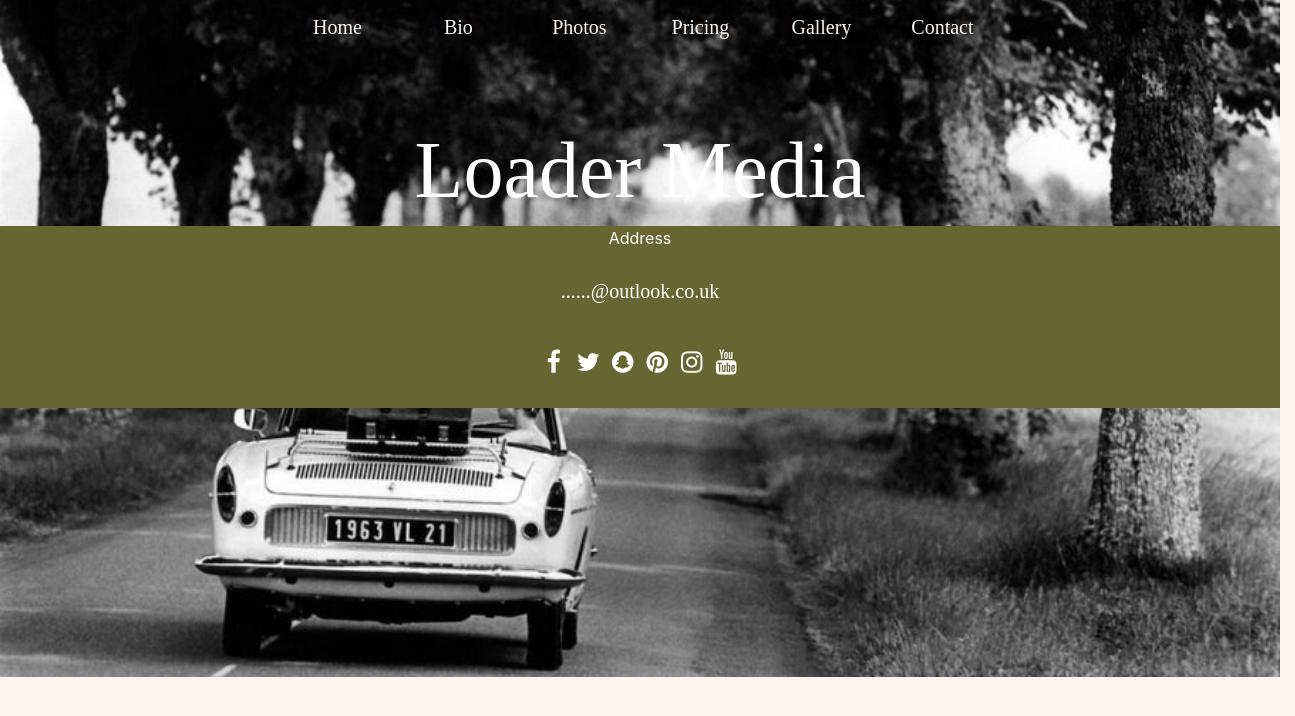
Repository: elizabeth24602/LoaderMedia
Page: index.html
The author's editor kept a record of every edit. The page is drawn from the files as they stood at one moment, then again after the next edit.
The browser window is 1280 px wide. The page is 1295 px wide, so the pictures cover 1295 px, including what lies to the right of the window. The pictures show the whole page.
Some web fonts or font styles are not loaded; a fallback is used.

Above is the page before.
Console error: TypeError: Cannot read properties of null (reading 'textContent')
Not found: Assests/images/

After the next edit:
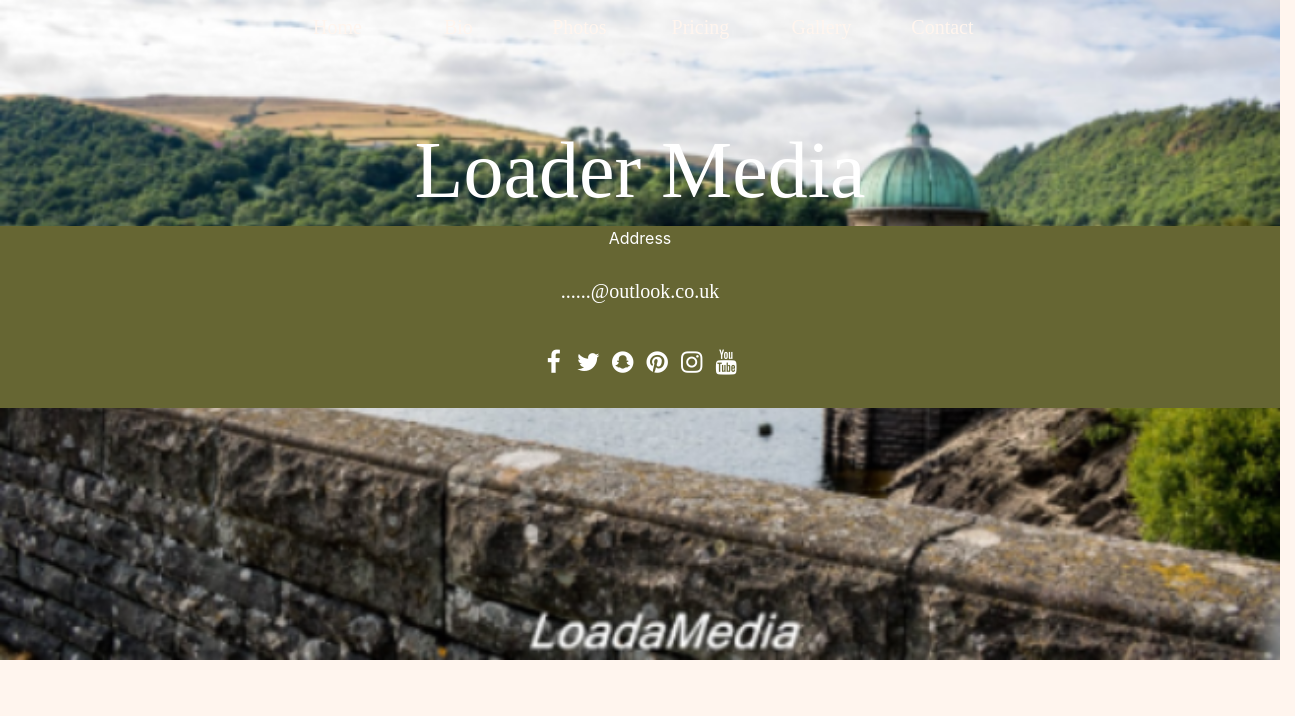
The edit:
--- a/Assests/css/style.css
+++ b/Assests/css/style.css
@@ -149,7 +149,7 @@
 /*-------------------------------Home */
 
 .index {
-  background-image: url("../images/blackandwhite.jpg");
+  background-image: url("../images/nature.jpg");
   background-color: #fff5ee;
   height: 500px;
   background-position: center;
